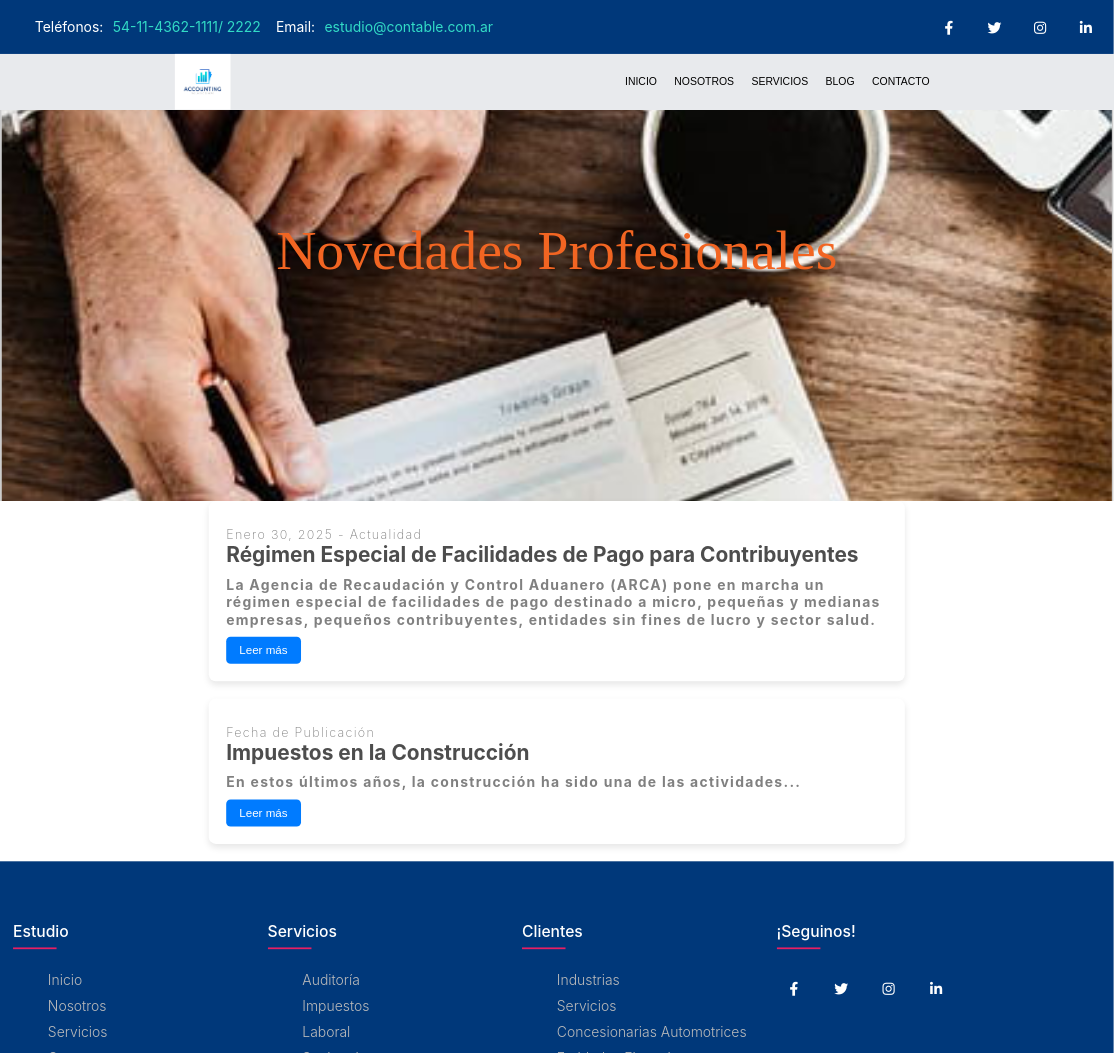
Repository: Gustavo-Leiva/estudioContable
Page: html/blog.html
An editor plug-in stored every save of this project. The page is shown before and after the next save, followed by the edit.
The browser window is 1280 px wide. The pictures show the part of the page from y = 0 to 1210 px (the page is 1505 px tall before and 2202 px after), at 87% of full size.
A picture or video elsewhere on the page could not be fetched, so the positions and the page height are approximate. Some web libraries are served in a nearby version.

Above is the page before, as saved 2025-01-31 18:22:49.

After the next save:
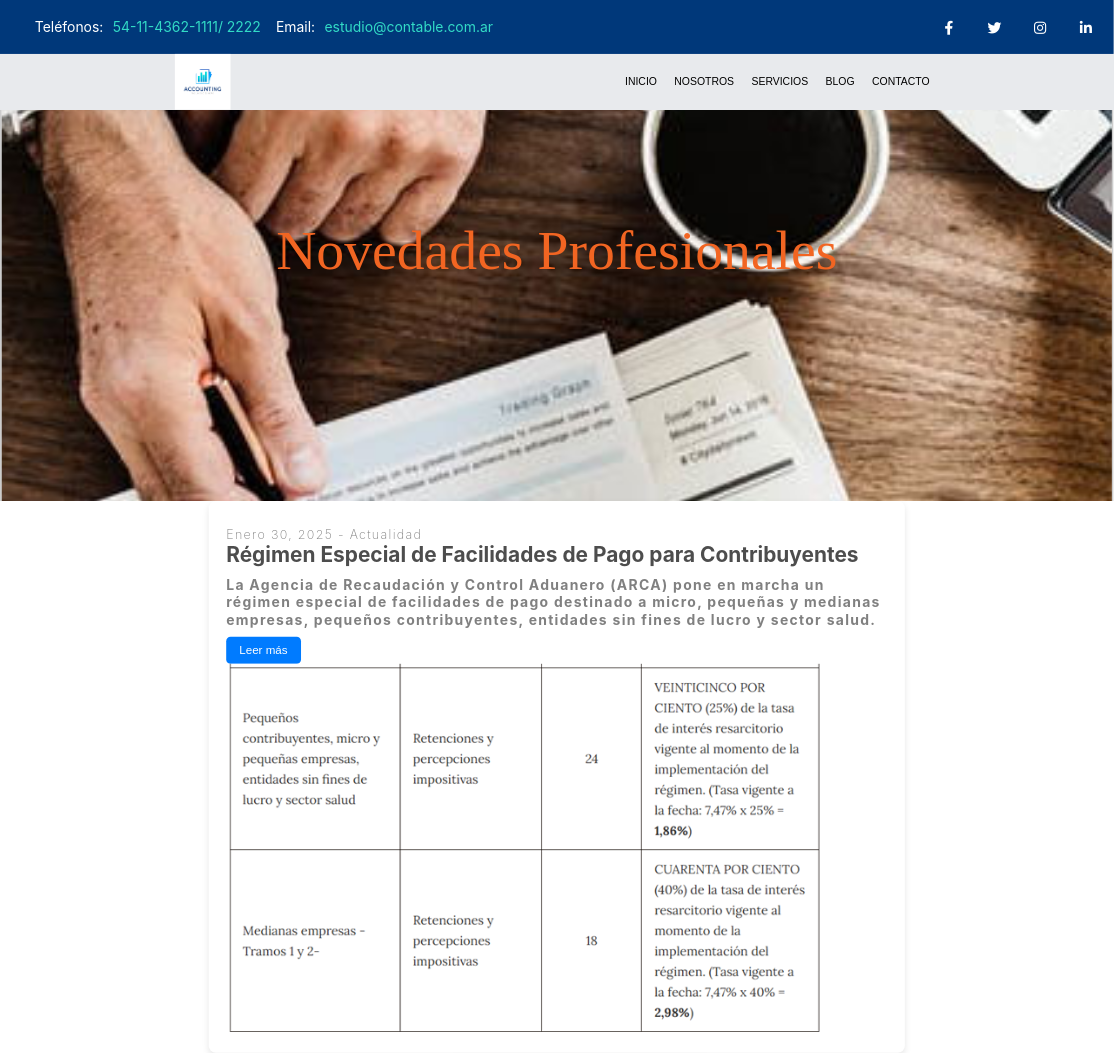
Saved 7 s later.
--- a/js/app1.js
+++ b/js/app1.js
@@ -17,6 +17,7 @@ document.addEventListener("DOMContentLoaded", function () {
                     <p class="summary">${articulo.resumen}</p>  <!-- Resumen del artículo -->
                     <p class="full-content" style="display: none;">${articulo.contenido}</p>  <!-- Contenido completo (oculto inicialmente) -->
                     <button class="read-more">Leer más</button>  <!-- Botón para mostrar/ocultar el contenido -->
+                    <img src="${articulo.imagen}" alt="Imagen del artículo" class="article-image"/>  <!-- Imagen del artículo -->
                 `;
 
                 contenedor.appendChild(card);  // Añadir la tarjeta al contenedor de artículos
